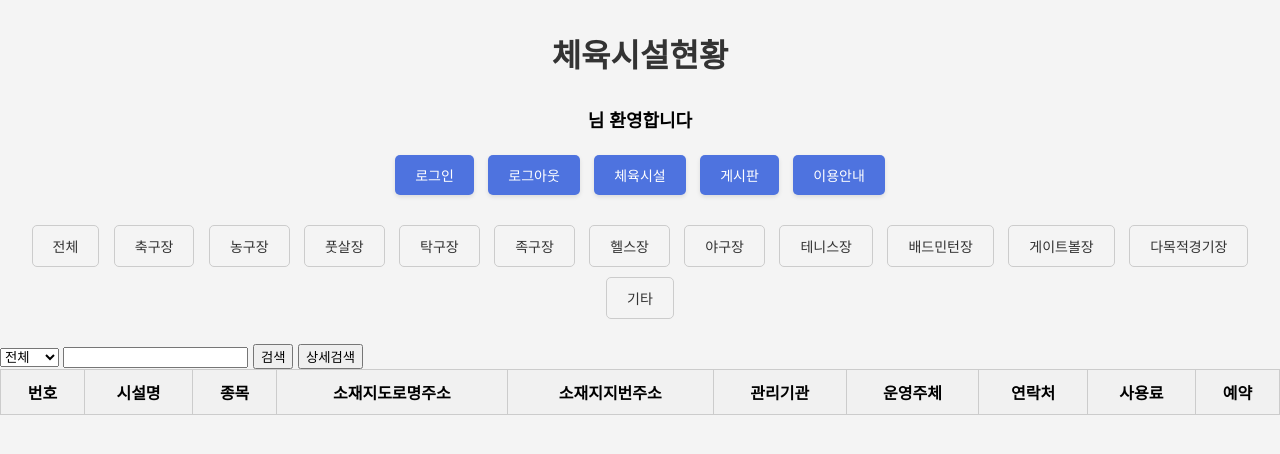
Repository: shinyunseok/portfolio1
Page: http://localhost/portfolio/WEB-INF/sport/getSportList.jsp
An editor plug-in stored every save of this project. The page is shown before and after the next save, followed by the edit.
The browser window is 1280 px wide. The pictures show the whole page.
The page is served by Tomcat 10. Nobody is signed in. The template is opened directly, without the code that normally fills it, so the values that code supplies are empty.

Above is the page before, as saved 2023-05-26 02:59:11.

After the next save:
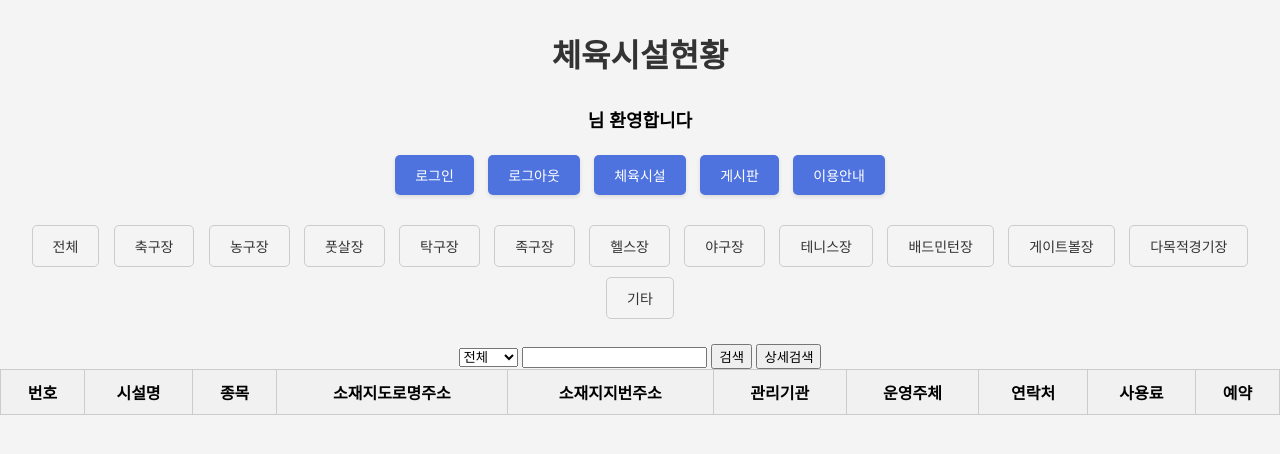
Saved 110 s later.
--- a/portfolio/src/main/webapp/WEB-INF/sport/getSportList.jsp
+++ b/portfolio/src/main/webapp/WEB-INF/sport/getSportList.jsp
@@ -164,15 +164,16 @@
 	<a href="getSportList.do?searchKeyword=다목적">다목적경기장</a>
 	<a href="getSportList.do?searchKeyword=기타">기타</a>
 </div>
-<div id="selectBar">
+<div id="selectBar" style="text-align: center;">
 	<select>
 		<option>전체</option>
 		<option>시설명</option>
 		<option>지역</option>
 	</select>
 	<input type="text" required="검색어를 입력하세요"> <button type="submit">검색</button>
-	<button>상세검색</button>
+	<button onclick="toggleAdvancedSearch()">상세검색</button>
 </div>
+
 	<table>
 		<tr>
 			<th>번호</th>
